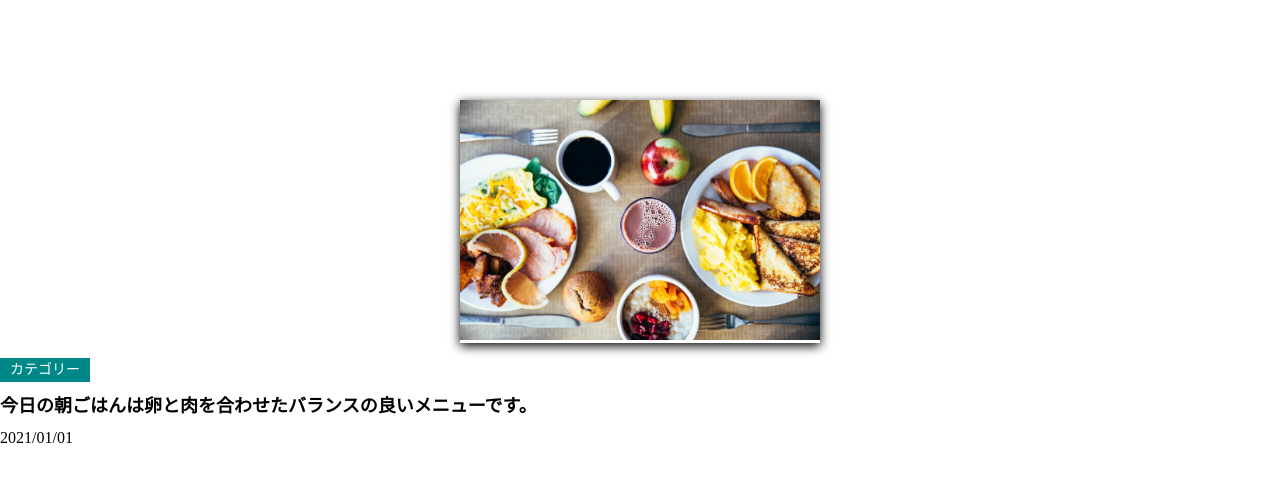
Repository: yosuke257/20231104_watanabe_css
Page: coachtech/html-css/index.html
These files come from the project's save history. The page is drawn as it stood at one moment and after the next save; the edit follows.
The browser window is 1280 px wide. The pictures show the whole page.

Above is the page before, as saved 2023-10-23 00:27:49.

After the next save:
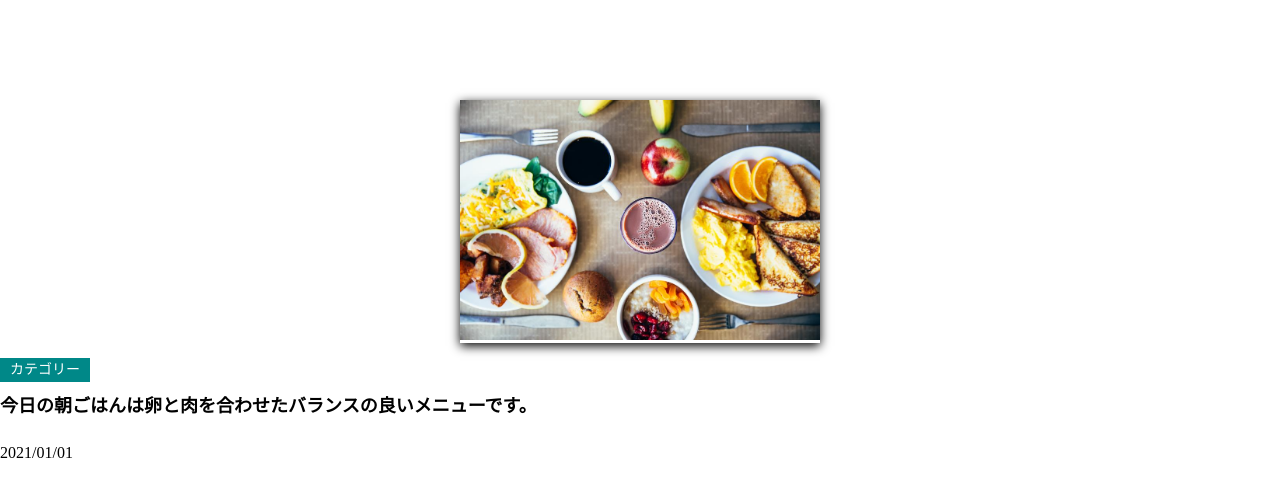
Saved 23 s later.
--- a/coachtech/html-css/css/style.css
+++ b/coachtech/html-css/css/style.css
@@ -19,6 +19,6 @@
 
 .card__content-ttl{
     font-size: 18px;
-    margin-bottom: 15px;
+    margin-bottom: 30px;
 
 }
